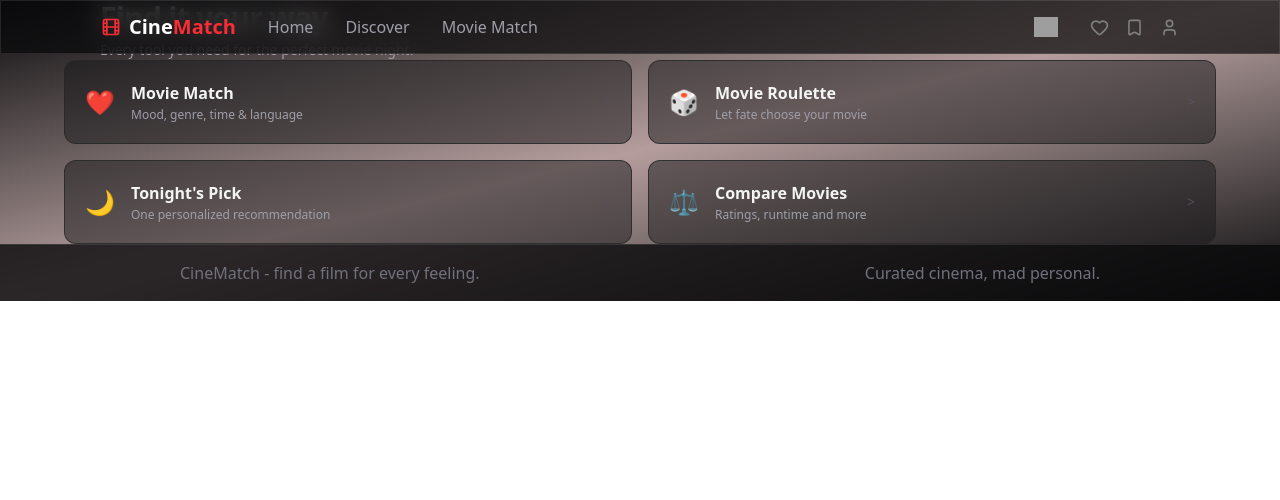
Repository: Mahak182005/CineMatch
Page: /match
The author's editor kept a copy of each file at every save. The page is drawn from the files as they stood at one save, then again after the next save.
The browser window is 1280 px wide. The pictures show the whole page.
Pictures or frames that could not be fetched are drawn as grey boxes. The project was rebuilt for these pictures with package versions that can differ from the ones it lists, and the page was loaded fresh each time. Also part of the build but not shown: vite.config.js, src/Components/Mood.jsx, src/Data/MoodData.js, src/Data/api.js, src/Components/MovieCart.jsx, src/Logic/search.js, src/pages/Home.jsx, src/pages/Favorites.jsx and 3 more.

Above is the page before, as saved 2026-10-12 12:52:22.

### index.html
<!doctype html>
<html lang="en">
  <head>
    <meta charset="UTF-8" />
    <link rel="icon" type="image/svg+xml" href="/favicon.svg" />
    <meta name="viewport" content="width=device-width, initial-scale=1.0" />
    <title>movie-explorer</title>
  </head>
  <body>
    <div id="root"></div>
    <script type="module" src="/src/main.jsx"></script>
  </body>
</html>

### src/main.jsx
import Router from './router/Router.jsx'
import { createRoot } from 'react-dom/client'
import './index.css'

createRoot(document.getElementById('root')).render(
  <Router />
)

### src/router/Router.jsx
import { createBrowserRouter } from "react-router-dom";
import {Home} from "../pages/Home";
import {RouterProvider} from "react-router-dom";
import { MovieMatch } from "../pages/MovieMatch";
import { Favorites } from "../pages/Favorites";
import {Watchlist} from "../pages/Watchlist"
import { Profile } from "../pages/Profile";
import { Discover } from "../pages/Discover";
import {Layout} from "../Layout/Layout";

const router = createBrowserRouter([
    {
         path: "/",
        element: <Layout />,
        children: [
            {
                index: true,
                element: <Home />
            },
            {
                path: "/discover",
                element: <Discover />
            },
            {
                path: "match",
                element: <MovieMatch />
            },
            {
                path: "fav",
                element: <Favorites />
            },
            {
                path: "watchlist",
                element: <Watchlist />
            },
            {
                path: "profile",
                element: <Profile />
            }
        ]
    }
])
function AppRouter() {
    return <RouterProvider router={router} />;
}

export default AppRouter;

### src/index.css
@import "tailwindcss";
html,
body,
#root {
  margin: 0;
  padding: 0;
  width: 100%;
  box-sizing: border-box
}

### src/pages/MovieMatch.jsx
export function MovieMatch(){
    return(
        <>
            <div classNameName=" bg-gradient-to-br from-zinc-950 via-red-950/40 to-zinc-950 text-white p-8">
                <div className="max-w-6xl mx-25">
                    <h1 className="text-3xl font-extrabold tracking-tight text-white">Find it your way</h1>
                    <p className="text-zinc-400 text-sm mt-1">Every tool you need for the perfect movie night.</p>
                </div>

                <div className="grid grid-cols-1 md:grid-cols-2 gap-4 max-w-6xl mx-auto">

                    <div className="flex items-center justify-between p-5 rounded-xl bg-zinc-900/50 border border-zinc-800/80 hover:border-red-900/60 cursor-pointer transition-all duration-200 group">
                    <div className="flex items-center space-x-4">
                        <span className="text-2xl">❤️</span>
                        <div>
                        <h3 className="font-semibold text-zinc-100 group-hover:text-white transition-colors">Movie Match</h3>
                        <p className="text-zinc-400 text-xs mt-0.5">Mood, genre, time & language</p>
                        </div>
                    </div>
                    <span className="text-zinc-600 group-hover:text-zinc-400 transition-colors text-sm">&gt;</span>
                    </div>

                    <div className="flex items-center justify-between p-5 rounded-xl bg-zinc-900/50 border border-zinc-800/80 hover:border-red-900/60 cursor-pointer transition-all duration-200 group">
                    <div className="flex items-center space-x-4">
                        <span className="text-2xl">🎲</span>
                        <div>
                        <h3 className="font-semibold text-zinc-100 group-hover:text-white transition-colors">Movie Roulette</h3>
                        <p className="text-zinc-400 text-xs mt-0.5">Let fate choose your movie</p>
                        </div>
                    </div>
                    <span className="text-zinc-600 group-hover:text-zinc-400 transition-colors text-sm">&gt;</span>
                    </div>

                    <div className="flex items-center justify-between p-5 rounded-xl bg-zinc-900/50 border border-zinc-800/80 hover:border-red-900/60 cursor-pointer transition-all duration-200 group">
                    <div className="flex items-center space-x-4">
                        <span className="text-2xl">🌙</span>
                        <div>
                        <h3 className="font-semibold text-zinc-100 group-hover:text-white transition-colors">Tonight's Pick</h3>
                        <p className="text-zinc-400 text-xs mt-0.5">One personalized recommendation</p>
                        </div>
                    </div>
                    <span className="text-zinc-600 group-hover:text-zinc-400 transition-colors text-sm">&gt;</span>
                    </div>

                    <div className="flex items-center justify-between p-5 rounded-xl bg-zinc-900/50 border border-zinc-800/80 hover:border-red-900/60 cursor-pointer transition-all duration-200 group">
                    <div className="flex items-center space-x-4">
                        <span className="text-2xl">⚖️</span>
                        <div>
                        <h3 className="font-semibold text-zinc-100 group-hover:text-white transition-colors">Compare Movies</h3>
                        <p className="text-zinc-400 text-xs mt-0.5">Ratings, runtime and more</p>
                        </div>
                    </div>
                    <span className="text-zinc-600 group-hover:text-zinc-400 transition-colors text-sm">&gt;</span>
                    </div>

                </div>
            </div>

        </>
    )
}

### src/Layout/Layout.jsx
import { Outlet } from "react-router-dom"
import {Header} from "../Components/Header"
import { Footer } from "../Components/Footer"
export function Layout(){
    return(
        // <div className="bg-[#091424] min-h-screen">
        <div className="bg-gradient-to-br from-zinc-950 via-red-950/40 to-zinc-950">
            <Header />
            <Outlet />
            <Footer />
        </div>
    )
}

### src/Components/Header.jsx
import { Link } from "react-router-dom";
export function Header(){
    return(
        <header className="w-full max-w-full fixed">
            <div className="flex justify-between gap-20 items-center border-1 border-gray-800  bg-zinc-950/70 backdrop-blur-md border-b border-white/10 py-3 px-25">
                    <div className="flex items-center gap-8">
                        <Link to="/">
                            <div className="flex items-center gap-2">
                                <div className="text-red-500">
                                    <svg xmlns="http://www.w3.org/2000/svg" width="24" height="24" viewBox="0 0 24 24" fill="none" stroke="currentColor" strokeWidth="2" strokeLinecap="round" strokeLinejoin="round" className="lucide lucide-film size-5" aria-hidden="true"><rect width="18" height="18" x="3" y="3" rx="2"></rect><path d="M7 3v18"></path><path d="M3 7.5h4"></path><path d="M3 12h18"></path><path d="M3 16.5h4"></path><path d="M17 3v18"></path><path d="M17 7.5h4"></path><path d="M17 16.5h4"></path></svg>
                                </div>
                                <p className="font-semibold text-xl text-white font-bold">Cine<span className="text-red-500">Match</span></p>
                            </div>
                        </Link>
                    <div className="flex gap-8">
                        <Link to="/"><div className="text-zinc-400 hover:text-white transition-colors">Home</div></Link>
                        <Link className="text-zinc-400 hover:text-white transition-colors" to="/discover">Discover</Link>
                        <Link className="text-zinc-400 hover:text-white transition-colors" to="/match">Movie Match</Link>
                        {/* <Link className="text-gray-500" to="/browse">Browser</Link> */}
                    </div>
                </div>
                <div className="flex gap-8 items-center">
                  <img src="https://images.openai.com/static-rsc-4/xpLf_iDkSa24squI-Ip5QKZDulp0bh7B7cuwtMJkyvB3GZ-utHOG7STBEdMhCHi332WpSdAey1vEcinOtZuM0vqtNlfz2iFG4NJkjVUb6CCT1gYCvnhXDTZPIKbWEkUhrQU-C51ka7CL4NYJu1wmD4mK8NLTfRdr_e0rAs2OP8c?purpose=inline" alt="image" className="w-6 h-5 "/>
                  <div className="flex gap-4 items-center">
                        <Link className="text-zinc-400 hover:text-red-500" to="fav"><div><svg xmlns="http://www.w3.org/2000/svg" width="19" height="19" viewBox="0 0 24 24" fill="none" stroke="gray" strokeWidth="2" strokeLinecap="round" strokeLinejoin="round" className="lucide lucide-heart" aria-hidden="true"><path d="M2 9.5a5.5 5.5 0 0 1 9.591-3.676.56.56 0 0 0 .818 0A5.49 5.49 0 0 1 22 9.5c0 2.29-1.5 4-3 5.5l-5.492 5.313a2 2 0 0 1-3 .019L5 15c-1.5-1.5-3-3.2-3-5.5"></path></svg></div></Link>
                        <Link className="text-zinc-400 hover:text-red-500" to="/watchlist">
                            <svg
                                xmlns="http://www.w3.org/2000/svg"
                                width="19"
                                height="19"
                                viewBox="0 0 24 24"
                                fill="none"
                                stroke="gray"
                                strokeWidth="2"
                                strokeLinecap="round"
                                strokeLinejoin="round"
                            >
                                <path d="M17 3a2 2 0 0 1 2 2v15a1 1 0 0 1-1.496.868l-4.512-2.578a2 2 0 0 0-1.984 0l-4.512 2.578A1 1 0 0 1 5 20V5a2 2 0 0 1 2-2z" />
                            </svg>
                        </Link>
                        <Link className="text-zinc-400 hover:text-red-500" to="/profile"><div className=""><svg xmlns="http://www.w3.org/2000/svg" width="19" height="19" viewBox="0 0 24 24" fill="none" stroke="gray" strokeWidth="2" strokeLinecap="round" strokeLinejoin="round" className="lucide lucide-user" aria-hidden="true"><path d="M19 21v-2a4 4 0 0 0-4-4H9a4 4 0 0 0-4 4v2"></path><circle cx="12" cy="7" r="4"></circle></svg></div></Link>
                    </div>
                </div>
            </div>
       </header>
    )
}

### src/Components/Footer.jsx
export function Footer(){
    return(
        <>
            <div className="bg-zinc-950/80 backdrop-blur-md border-t border-white/10 text-zinc-500 py-4">
                <div className="flex justify-between px-45">
                    <p>CineMatch - find a film for every feeling.</p>
                    <p>Curated cinema, mad personal.</p>
                </div>
            </div>
        </>
    )
}

After the next save:
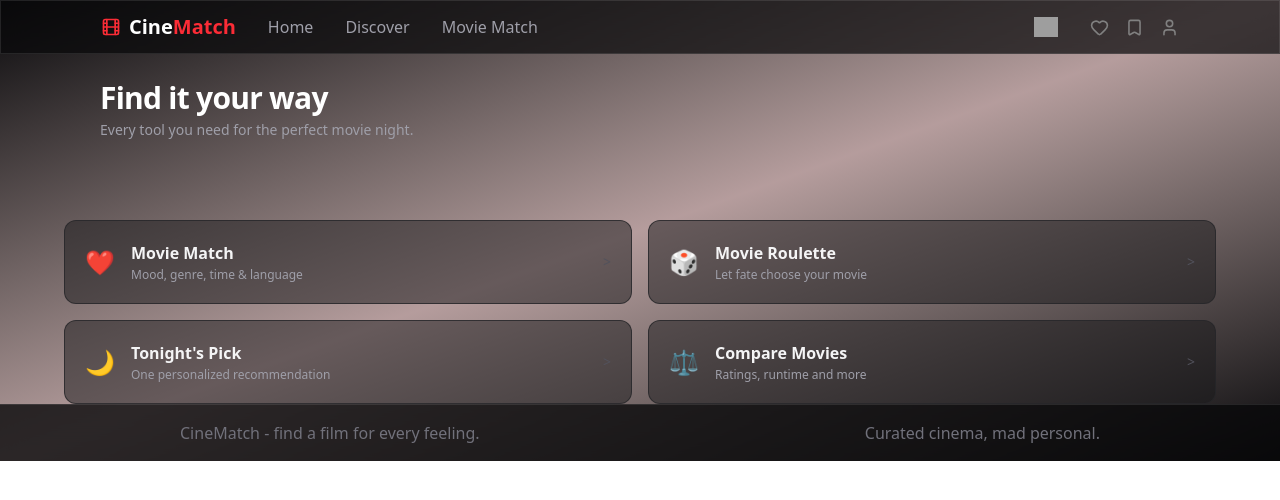
Saved 7 s later.
--- a/src/pages/MovieMatch.jsx
+++ b/src/pages/MovieMatch.jsx
@@ -2,7 +2,7 @@
     return(
         <>
             <div classNameName=" bg-gradient-to-br from-zinc-950 via-red-950/40 to-zinc-950 text-white p-8">
-                <div className="max-w-6xl mx-25">
+                <div className="max-w-6xl mx-25 py-20">
                     <h1 className="text-3xl font-extrabold tracking-tight text-white">Find it your way</h1>
                     <p className="text-zinc-400 text-sm mt-1">Every tool you need for the perfect movie night.</p>
                 </div>
